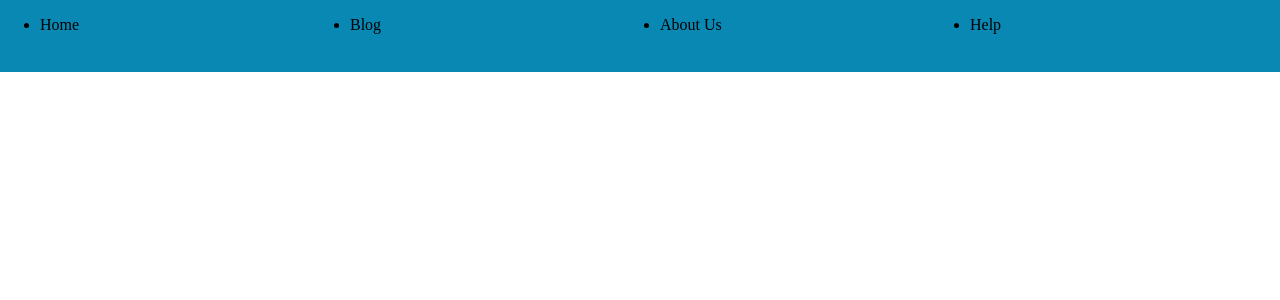
Repository: rockymalubay/Collab1
Page: index.html
An editor plug-in stored every save of this project. The page is shown before and after the next save, followed by the edit.
The browser window is 1280 px wide. The pictures show the whole page.

Above is the page before, as saved 2020-02-13 14:30:15.

### index.html
<!DOCTYPE html>
<html lang="en">
    <head>
        <meta charset="UTF-8">
        <title>Collab1</title>
        <link rel="stylesheet" href="header.css">
        <!-- Enter Your links to css-->
    </head>
    <body>
        <header id="header">
            <div id="logo"></div>
            <ul id="menubar">
                <li class="menu">Home</li>
                <li class="menu">Blog</li>
                <li class="menu">About Us</li>
                <li class="menu">Help</li>
            </ul>
        <div id="settings">
            <!-- Settings Start-->

            <!-- Settings end-->
        </div>
        <div id="avatar">
            <!-- Avatar Start-->


            <!-- Avatar End-->
        </div>
        <footer id="footer ">
            <!-- Footer Starts -->

            <!-- Footer Ends-->
        </footer>


        <!-- Enter your js scripts here-->

        <script src="header.js"></script>
    </body>
</html>

### header.css
body {
    margin: 0;
}
#header {
    width: 100vw;
    height: 10vh;
    position: fixed;
    background-color: rgb(9, 136, 179);
}
#menubar{
    text-decoration: none;
    display: flex;

}
.menu {
    flex: 1;
}

Loaded but not shown: header.js (no copy from this time; the picture is the same without it)

After the next save:
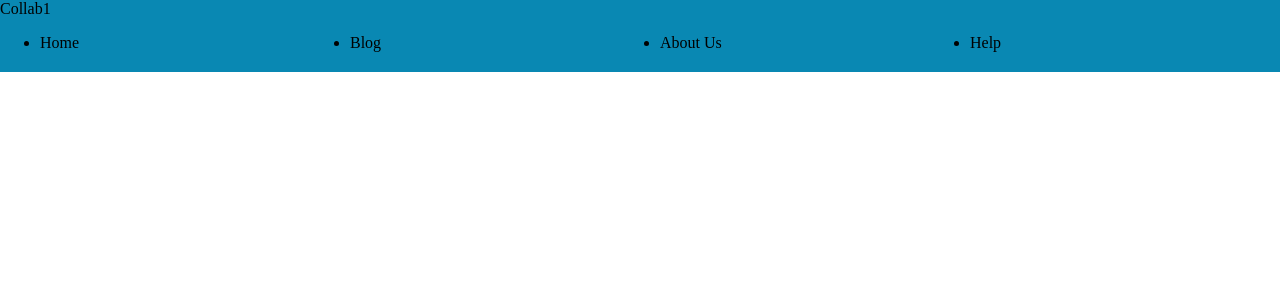
Saved 5 s later.
--- a/index.html
+++ b/index.html
@@ -8,7 +8,7 @@
     </head>
     <body>
         <header id="header">
-            <div id="logo"></div>
+            <div id="logo"> Collab1</div>
             <ul id="menubar">
                 <li class="menu">Home</li>
                 <li class="menu">Blog</li>
